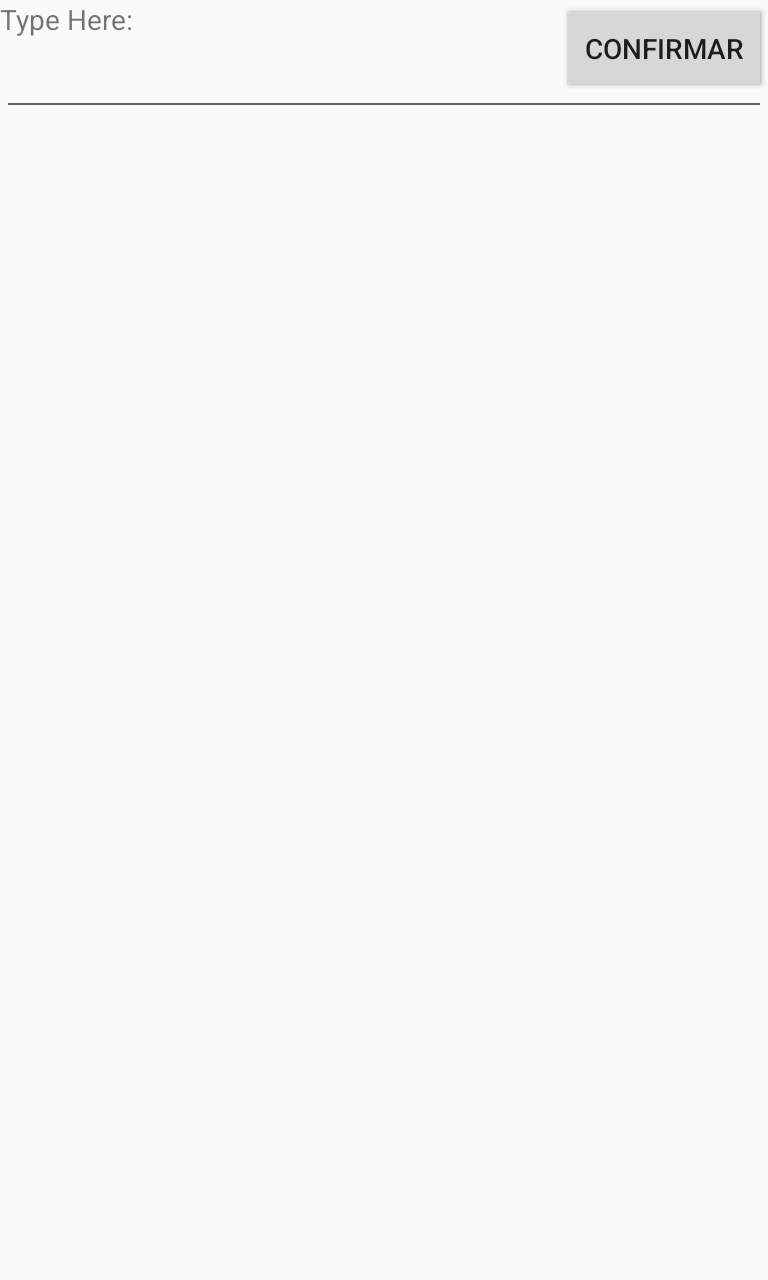
Repository: jromanz/android-projects
Layout: ListaAlumnos/res/layout/activity_relative_layout.xml
The author's editor kept a copy of each file at every save. The layout is drawn from the files as they stood at one save, then again after the next save.
It is drawn on a 768 x 1280 px phone screen (xhdpi) without system bars, with theme AppTheme; the app's code is not run.

Above is the layout before, as saved 2014-08-28 21:55:46.

After the next save:
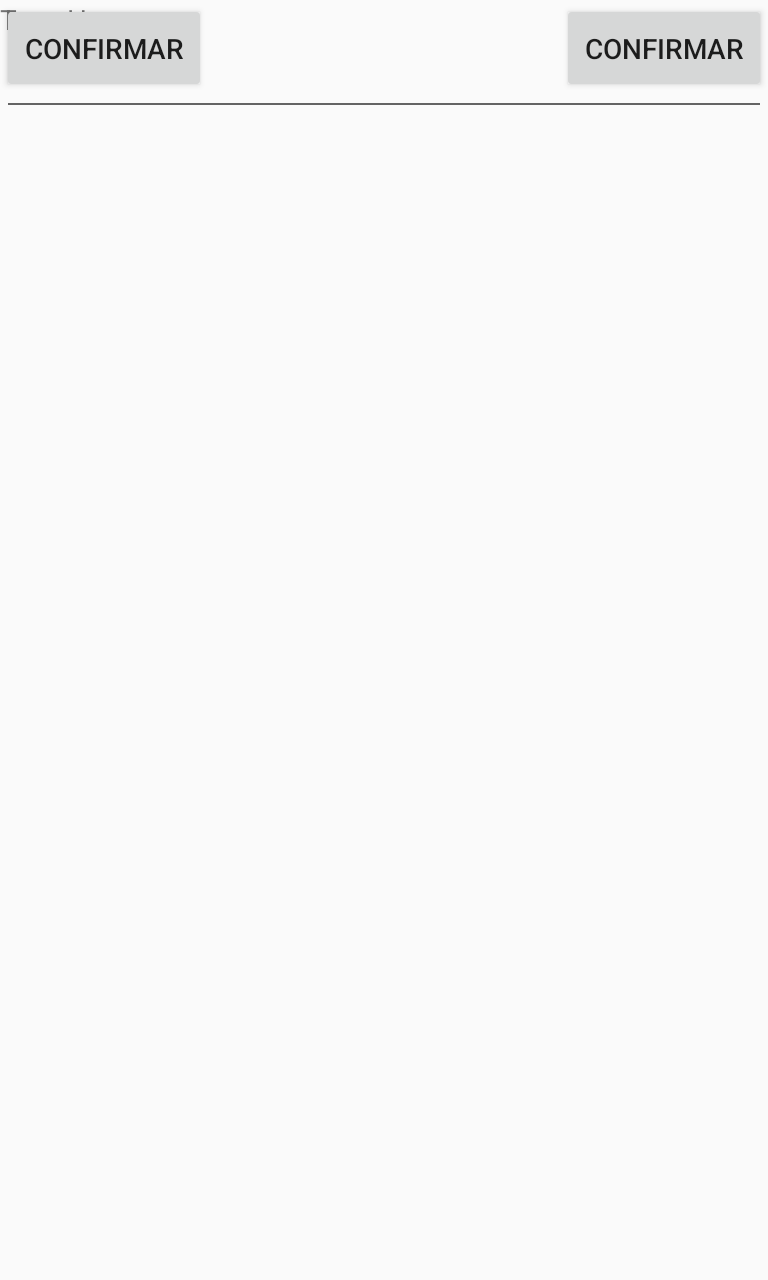
Saved 38 s later.
--- a/ListaAlumnos/res/layout/activity_relative_layout.xml
+++ b/ListaAlumnos/res/layout/activity_relative_layout.xml
@@ -26,7 +26,7 @@
 	    />
 	<Button
 	    android:layout_below="@+id/btnRelCancelar"
-	    android:layout_alignParentRight="true"
+	    android:layout_toRightOf="@+id/btnRelConfirmar"
 	    android:layout_width="wrap_content"
 	    android:layout_height="wrap_content"
 	    android:text="@string/relConfirmar"
